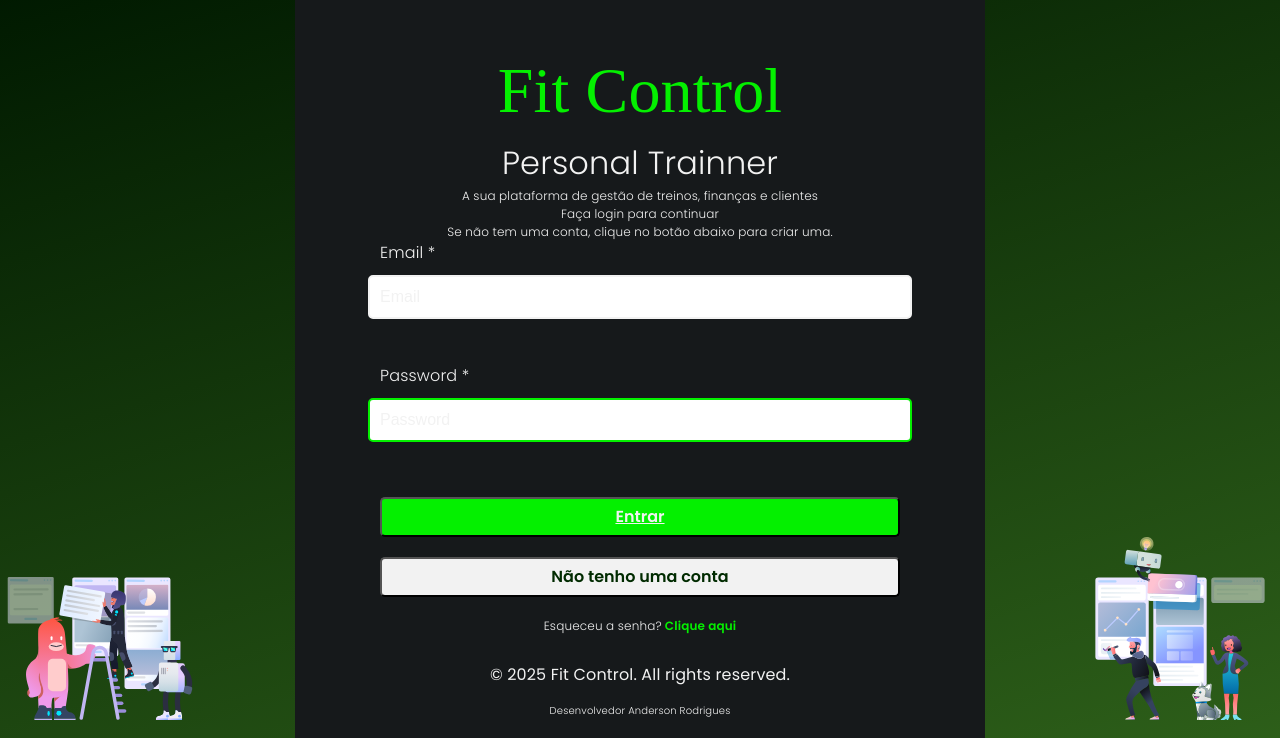
Repository: fit-control/frontend-fit-control
Page: /
The author's editor kept a copy of each file at every save. The page is drawn from the files as they stood at one save, then again after the next save.
The browser window is 1280 px wide. The pictures show the whole page.
The pointer rests on the first visible `button`.
Some web fonts or font styles are not loaded; a fallback is used. The project was rebuilt for these pictures with package versions that can differ from the ones it lists, and the page was loaded fresh each time. Settings that the repository does not hold, such as keys and server addresses, were given made-up values. Also part of the build but not shown: next.config.js, vite.config.ts, src/components/containerCenterCadastro.tsx, src/pages/About.tsx, src/pages/NotFound.tsx, src/components/AuthRoutes.tsx, src/pages/PaginaTeste.tsx.

Above is the page before, as saved 2025-03-23 16:47:15.

### src/main.tsx
import { StrictMode } from 'react'
import { createRoot } from 'react-dom/client'
import './App.css'
import App from './App.tsx'
import { AuthProvider } from './context/auth.tsx'

createRoot(document.getElementById('root')!).render(
  <StrictMode>
    <AuthProvider>
      <App />
    </AuthProvider>
  </StrictMode>,
)

### src/App.css
@import url('https://fonts.googleapis.com/css2?family=Alike+Angular&family=Platypi:ital,wght@0,300..800;1,300..800&family=Poppins:ital,wght@0,100;0,200;0,300;0,400;0,500;0,600;0,700;0,800;0,900;1,100;1,200;1,300;1,400;1,500;1,600;1,700;1,800;1,900&display=swap');
@import url('https://fonts.googleapis.com/css2?family=Aguafina+Script&family=Alike+Angular&family=Platypi:ital,wght@0,300..800;1,300..800&family=Poppins:ital,wght@0,100;0,200;0,300;0,400;0,500;0,600;0,700;0,800;0,900;1,100;1,200;1,300;1,400;1,500;1,600;1,700;1,800;1,900&display=swap');
/* @tailwind base;
@tailwind components;
@tailwind utilities; */

/* :root {
  --background: #ffffff;
  --foreground: #171717;
}

@media (prefers-color-scheme: light) {
  :root {
    --background: #0a0a0a;
    --foreground: #ededed;
  }
} */

body {
  padding: 0;
  margin: 0;
  font-family: Poppins, sans-serif;
  font-size: 16px;
  line-height: 1.5;
  font-weight: 400;
  width: 100vw;
  height: 100vh;
  letter-spacing: 0.01em;
  display: flex;
  justify-content: center;
  align-items: center;

  .iconPageLeft {
    position: absolute;
    left: 0;
    bottom: 0;
    max-width: 400px;
    max-height: 400px;

    @media (max-width: 1480px) {
      max-width: 300px;
      max-height: 300px;
    }
    @media (max-width: 1280px) {
      max-width: 200px;
      max-height: 200px;
    }
    @media (max-width: 930px) {
      display: none;
    }
  }
  .iconPageRight {
    position: absolute;
    right: 0;
    bottom: 0;
    max-width: 400px;
    max-height: 400px;

    @media (max-width: 1480px) {
      max-width: 300px;
      max-height: 300px;
    }

    @media (max-width: 1280px) {
      max-width: 200px;
      max-height: 200px;
    }
    @media (max-width: 930px) {
      display: none;
    }
  }

  .containerLogin {
    width: 650px;
    min-height: calc(100vh - 40px);
    display: flex;
    flex-direction: column;
    justify-content: space-between;
    padding: 20px;
    align-items: center;
    background-color: #16191B;

    @media (max-width: 930px) {
      width: calc(100vw - 40px);
      overflow: hidden;
    }
    .divTitle {
      margin-top: 40px;
      display: flex;
      flex-direction: column;
      align-items: center;
      justify-content: center;

      h1 {
        margin: 0;
        color: #04F000;
        font-family: 'Aguafina Script', cursive;
        font-size: 4rem;
        font-weight: 400;
      }
      h3 {
        margin: 0;
        color: #F2F2F2;
        font-family: 'Poppins', sans-serif;
        font-size: 2rem;
        font-weight: 300;
      }
      p {
        color: #F2F2F2;
        font-size: 12px;
        font-weight: 300;
        margin: 0;
        text-align: center;
        display: flex;
      }
    }
    p {
      text-align: center;
      display: flex;
      color: #F2F2F2;
    }
    footer {
      display: flex;
      flex-direction: column;
      align-items: center;
      justify-content: center;

      .assignDeveloper {
        margin: 0%;
        color: #F2F2F2;
        font-size: 10px;
        font-weight: 300;
      }
    }

    .centerCard {
      display: flex;
      flex-direction: column;
      align-items: center;
      justify-content: center;
      gap: 10px;
      width: -webkit-fill-available;

      select {
        width: 84%;
        border-radius: 5px;
        height: 40px;
        margin-bottom: 10px;
      }
      input {
        width: 80%;
        height: 40px;
        border: 2px solid #F2F2F2;
        border-radius: 5px;
        padding: 0 10px;
        /* background-color: #16191B; */
        color: #16191B;
        font-size: 16px;
        font-weight: 300;
        outline: none;
        margin-bottom: 35px;
        transition: all 0.3s ease;
        &::placeholder {
          color: #F2F2F2;
          font-size: 16px;
          font-weight: 300;
        }
        &:focus {
          border-color: #04F000;
        }
      }
      label {
        color: #F2F2F2;
        font-size: 16px;
        font-weight: 300;
        display: flex;
        justify-content: flex-start;
        width: 80%;
      }
      button {
        width: 80%;
        height: 40px;
        border-radius: 5px;
        padding: 0 10px;
        background-color: #012B00;
        color: #FFFFFF;
        font-family: 'Poppins', sans-serif;
        font-size: 16px;
        font-weight: 600;
        outline: none;
        transition: all 0.3s ease;
      }
      button:hover {
        background-color: #04F000;
        color: white;
        cursor: pointer;
      }
      button:active {
        background-color: #04F000;
        color: #16191B;
        cursor: pointer;
        opacity: 0.5;
      }
      button:disabled {
        background-color: #F2F2F2;
        color: #16191B;
        cursor: not-allowed;
        opacity: 0.5;
      }
      button:focus {
        outline: none;
      }
      button:focus-visible {
        outline: 1px solid #F2F2F2;
      }
      .registerButton {
        background-color: #F2F2F2;
        color: #012B00;
        font-family: 'Poppins', sans-serif;
        font-size: 16px;
        font-weight: 600;
        outline: none;
        transition: all 0.3s ease;
        margin-top: 10px;

      }
      .registerButton:hover {
        background-color: #04F000;
        text-decoration: underline;
        color: #F2F2F2;
        cursor: pointer;
        transition: all 0.4s ease-in-out;
      }
      .registerLink {
        color: #04F000;
        font-weight: 600;
      }
      .tagRegister {
        margin-top: 10px;
        font-size: 12px;
        font-weight: 300;
        gap: 3px;
      }
      .registerLink {
        color: #04F000;
        font-weight: 600;
        text-decoration: none;
        cursor: pointer;
      }
      .registerLink:hover {
        text-decoration: underline;
      }
    }
  }
}

### src/App.tsx
import './App.css'
import Home from './pages/Home'
import About from './pages/About';
import NotFound from './pages/NotFound';
import { BrowserRouter as Router, Route, Routes } from "react-router-dom";
import AuthRoutes from './components/AuthRoutes';
import PaginaTeste from './pages/PaginaTeste';

function App() {

  return (
    <Router>
      <div>
      <Routes>
        <Route index element={<Home />} />
        <Route path="/cadastro" element={<Home />}/>
          <Route element={<AuthRoutes />}>
            <Route path="/pagina-teste" element={<PaginaTeste />}/>
          </Route>
          <Route path="/about" element={<About />} />
        <Route path="*" element={<NotFound />} />
      </Routes>
      </div>
    </Router>
  );
}

export default App

### src/context/auth.tsx
import React, { createContext, useContext, useState, useEffect, useCallback } from "react";
import axios from "axios";
import api from "../api/api";

interface User {
  id: string;
  email: string;
  password: string;
  name: string;
  role: string;
}

interface AuthContextType {
  user: User | null;
  login: (email: string, password: string) => Promise<User>;
  logout: () => void;
  isAuthenticated: boolean;
}

// Criação do contexto
const AuthContext = createContext<AuthContextType>({
  user: {
    id: '',
    email: '',
    password: '',
    name: '',
    role: ''
  },
  login: async () => ({
    id: '',
    email: '',
    password: '',
    name: '',
    role: ''
  }),
  logout: () => {},
  isAuthenticated: false
});

// Provider do contexto de autenticação
export const AuthProvider = ({ children }: { children: React.ReactNode }) => {
  const [user, setUser] = useState<User | null>(null);
  const [isAuthenticated, setIsAutenticatad] = useState<boolean>(false);

  const logout = () => {
    setIsAutenticatad(false);
    setUser(null);
    localStorage.removeItem("token");
    delete axios.defaults.headers.common["Authorization"];
  };

  const fetchUserData = useCallback(async (authToken: string) => {
    try {
      const response = await axios.get("/auth/me", {
        headers: { Authorization: `Bearer ${authToken}` },
      });
      setUser(response.data);
    } catch (error) {
      console.error("Erro ao buscar dados do usuário:", error);
      logout();
    }
  }, []);

  useEffect(() => {
    // Verifica se há um token salvo no localStorage ao carregar a aplicação
    const storedToken = localStorage.getItem("token");
    if (storedToken) {
      setIsAutenticatad(true);
      axios.defaults.headers.common["Authorization"] = `Bearer ${storedToken}`;
      fetchUserData(storedToken); // Busca os dados do usuário autenticado
    }
  }, [fetchUserData]);

  const login = async (email: string, password: string): Promise<User> => {
    console.log("Iniciando login com:", email, password);

    try {
      const response = await api.post("/api/login", { email, password });
      console.log("Resposta da API:", response.data);

      const { token } = response.data;

      if(token)setIsAutenticatad(true);
      localStorage.setItem("token", token);
      axios.defaults.headers.common["Authorization"] = `Bearer ${token}`;

      const fakeUser: User = {
        id: "123",
        email,
        password,
        name: "Usuário Fake",
        role: "Admin",
      };

      setUser(fakeUser);
      console.log("Usuário autenticado:", fakeUser);
      console.log(isAuthenticated)

      return fakeUser;
    } catch (error) {
      console.warn("Erro no login:", error);
      throw error; // Re-lança o erro para ser tratado pelo componente
    }
  };



  return (
    <AuthContext.Provider value={{ user, isAuthenticated, login, logout }}>
         {children}
    </AuthContext.Provider>
  );
};

// Hook para consumir o contexto
export const useAuth = () => useContext(AuthContext);

### src/pages/Home.tsx
import ContainerCenterCadastro from "../components/containerCenterCadastro";
import ContainerCenterLogin from "../components/containerCenterLogin";
import { useLocation } from "react-router-dom";

function Home() {
  const location = useLocation();
  return (
    <div className="items-center justify-items-center min=w-screen flex fundo_login" style={{
      width: '100vw',
      background: 'linear-gradient(343deg, rgba(22, 77, 0, 0.9), rgba(0, 25, 0, 10.9))'
    }}>
       {location.pathname === "/cadastro" ? <ContainerCenterCadastro /> : <ContainerCenterLogin />}
    </div>
  );
}
export default Home;

### src/api/api.ts
import axios from "axios";

const baseURL = import.meta.env.VITE_BASE_URL; // Use import.meta.env
const api = axios.create({
  baseURL: baseURL, // URL base da API
  timeout: 5000, // Tempo limite para requisições
  headers: { "Content-Type": "application/json" }, // Cabeçalhos padrão
});

// Interceptor para adicionar o token de autenticação nas requisições
api.interceptors.request.use(
    (config) => {
      // Recuperar o token do localStorage (ou outra fonte)
      const token = localStorage.getItem("token");

      if (token) {
        // Adicionar o token no cabeçalho da requisição
        config.headers.Authorization = `Bearer ${token}`;
      }

      // Retornar a configuração modificada
      return config;
    },
    (error) => {
      // Tratar erros na configuração da requisição
      console.error("Erro ao configurar a requisição:", error);
      return Promise.reject(error);
    }
  );

  // Interceptor para tratar respostas da API
  api.interceptors.response.use(
    (response) => {
      // Aqui você pode processar a resposta antes de retornar os dados
      console.log("Resposta bem-sucedida:", response);
      return response;
    },
    (error) => {
      // Tratar erros de resposta (ex.: erro 401 ou 500)
      if (error.response) {
        console.error("Erro na resposta da API:", error.response.data);

        // Exemplo: Redirecionar para login em caso de erro 401 (não autorizado)
        if (error.response.status === 401) {
          console.log("Token expirado. Redirecionando para login...");
          window.location.href = "/";
        }
      } else {
        console.error("Erro na requisição:", error.message);
      }

      return Promise.reject(error);
    }
  );

export default api;

### src/components/containerCenterLogin.tsx
import { useAuth } from "../context/auth";
import { useState } from "react";
import { useNavigate } from "react-router-dom";
import { ToastContainer, toast } from "react-toastify";
import "react-toastify/dist/ReactToastify.css";
import { useForm } from 'react-hook-form'
import { IAuthUser } from "../types/AuthType";

const ContainerCenterLogin = () => {
  const { login } = useAuth();
  const navigate = useNavigate();
  // const [email, setEmail] = useState('');
  // const [password, setPassword] = useState('');
  const [loading, setLoading] = useState(false);

  // const handleLogin = async () => {
  //   setLoading(true);
  //   console.log("CLICOU"); // Certifique-se de que o botão foi clicado
  //   try {
  //     console.log("BUSCANDO...");
  //     console.log("Email:", email, "Password:", password); // Log dos dados enviados
  //     const data = await login(email, password); // Chamada do login
  //     toast.success(`Bem vindo ${data.name}!!`)
  //     setTimeout(() => {
  //       navigate('/pagina-teste')
  //     }, 3000)
  //     console.log("Data retornada do login:", data); // Log dos dados retornados
  //   // eslint-disable-next-line @typescript-eslint/no-unused-vars
  //   } catch (error) {
  //     toast.error("Erro ao fazer login. Verifique suas credenciais.")
  //   }finally{
  //     setLoading(false);
  //   }
  // };

  const [errorMessage, setErrorMessage] = useState<string | undefined>(
    undefined,
  )

  const {
    handleSubmit,
    register,
    reset,
    getValues} = useForm<IAuthUser>({
    mode: 'onSubmit',
  })

  // useEffect(() => {
  //   const savedCredentials = getDadosProfileLocalStorage()
  //   if (savedCredentials) {
  //     try {
  //       const { user, password } = savedCredentials
  //       setValue('user', user)
  //       setValue('password', password)
  //     } catch (error) {
  //       console.error('Failed to parse saved credentials:', error)
  //     }
  //   }
  // }, [setValue])

  const handleFormSubmit = async ({ email, password }: IAuthUser) => {
    console.log("ENTROU AQUI")
    setLoading(true);
    // const credentials = { user, password }
    // setDadosProfileLocalStorage(credentials)

    try {
      const response = await login(email, password)
      if (response) {
        toast.success(`Seja bem vindo ${response.name}! login realizado com sucesso.`)
        setTimeout(() => {navigate('/pagina-teste')}, 1000)
      }
    } catch (error) {
      // setFocus('email')
      // setFocus('password')
      toast.error('Email ou senha inválidos. Tente novamente.')
      if (error instanceof Error) setErrorMessage(error.message)
        setTimeout(() => {
          setErrorMessage(() => '')
        }, 2000)
    }finally{
      setLoading(false);
    }
  }

//   const handleFormSubmit = (data: IAuthUser) => {
//   console.log("Entrou na função handleFormSubmit com os dados:", data);
// };
  return (
    <form style={{
      width: '100vw',
      justifyContent: "center",
      display: "flex",
    }} onSubmit={(e) => {
      e.preventDefault();
      console.log("Valores no form:", getValues());
      handleSubmit(handleFormSubmit)(e);
    }}>
      <img src="/trello-right.e6e102c7 (1).svg" alt="iconPageLeft" className="iconPageLeft" />
        <main className="containerLogin">
        <div className="divTitle">
          <h1 className="title">Fit Control</h1>
          <h3 className="subtitle">Personal Trainner</h3>
          <p className="description">A sua plataforma de gestão de treinos, finanças e clientes</p>
          <p className="description">Faça login para continuar</p>
          <p className="description">Se não tem uma conta, clique no botão abaixo para criar uma.</p>

        </div>
        <div className="centerCard">
          <label htmlFor="email" style={{ color: errorMessage ? "red" : ""}}>Email *</label>
          <input
            type="text"
            placeholder="Email"
            {...register('email', {
              required: 'Email é obrigatório',
            })}
            autoFocus
            style={{ borderColor: errorMessage ? "red" : "" }}
          />
          <label htmlFor="password" style={{ color: errorMessage ? "red" : ""}}>Password *</label>
          <input
            type="password"
            placeholder="Password"
            {...register('password', {
              required: 'Senha é obrigatória',

            })}
            autoFocus
            style={{ borderColor: errorMessage ? "red" : ""}}
          />
          <button disabled={loading} type="submit" className="registerButton">
            {loading ? 'Carregando...' : 'Entrar'}
          </button>
          <button className="registerButton" type="button" onClick={(e) => {
            e.preventDefault(); // Impede a ação padrão do botão
            setTimeout(() => {
              navigate('/cadastro');
              reset(); // Reseta o formulário
            }, 200);
          }}>Não tenho uma conta</button>
          <p className="tagRegister">Esqueceu a senha? <a onClick={(e) => {
            e.preventDefault(); // Impede a ação padrão do botão
            setTimeout(() => {
              navigate('/recuperar-senha');
              reset(); // Reseta o formulário
            }, 1000);
          }} className="registerLink">Clique aqui</a></p>
          {errorMessage && (
              <div style={{ maxWidth: '85%', textAlign: 'center', color: 'red' }}>
                {errorMessage}
              </div>
            )}
        </div>

        <footer className="">
          <p className="">
            &copy; {new Date().getFullYear()} Fit Control. All rights reserved.
          </p>
          <p className="assignDeveloper">Desenvolvedor Anderson Rodrigues</p>
        </footer>
      </main>
      <img src="/trello-left.4f52d13c (1).svg" alt="iconPageRight" className="iconPageRight" />
      <ToastContainer />
    </form>
  );
};

export default ContainerCenterLogin;

Loaded but not shown: index.html (common file); tailwind.config.js (common file)

After the next save:
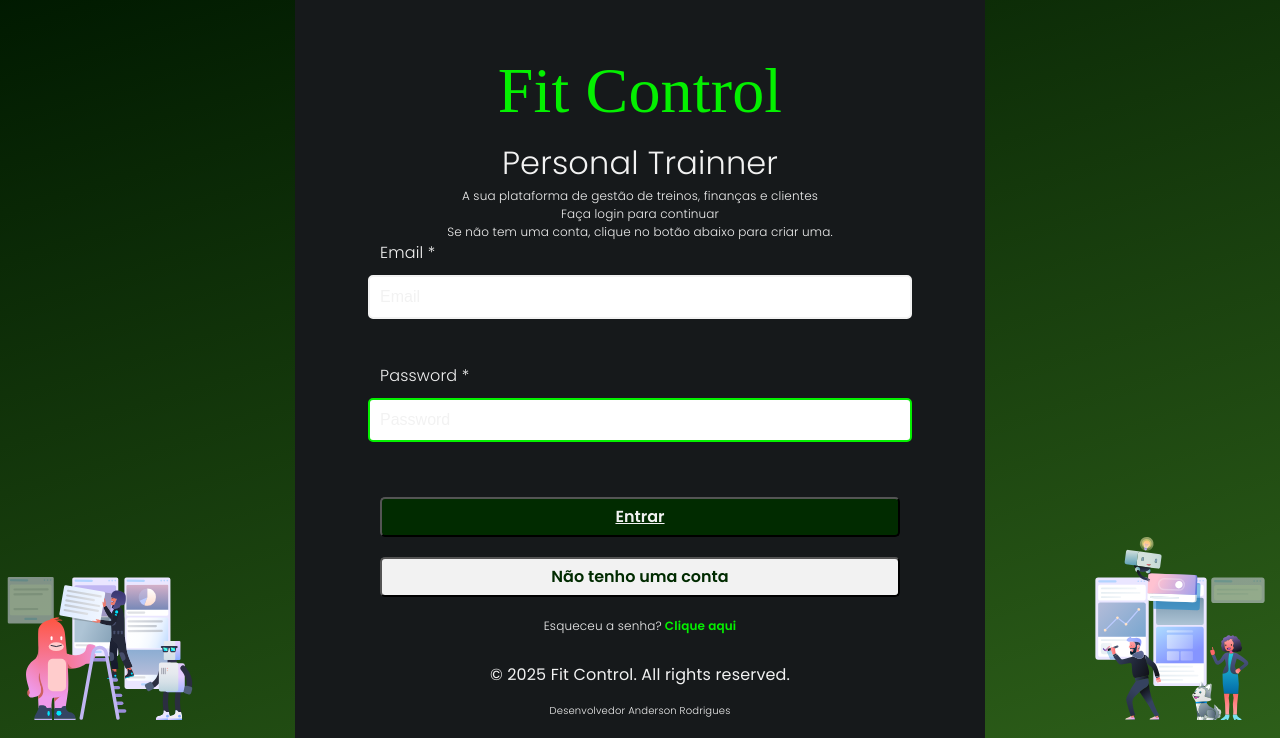
Saved 43 s later.
--- a/src/App.css
+++ b/src/App.css
@@ -191,8 +191,8 @@ body {
         transition: all 0.3s ease;
       }
       button:hover {
-        background-color: #04F000;
-        color: white;
+        background-color: #F2F2F2;
+        color: #16191B;
         cursor: pointer;
       }
       button:active {
@@ -225,7 +225,7 @@ body {
 
       }
       .registerButton:hover {
-        background-color: #04F000;
+        background-color: #012B00;
         text-decoration: underline;
         color: #F2F2F2;
         cursor: pointer;
